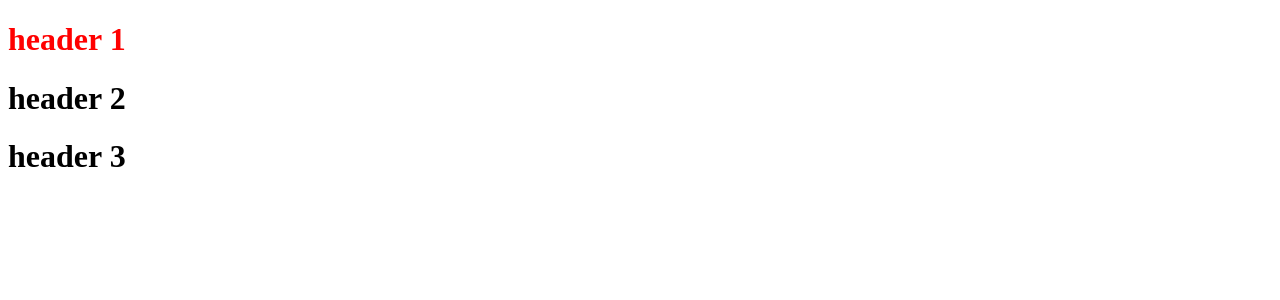
Repository: ravinforu/HTML5_CSS3_JS_Frameworks_Jul_2012-1
Page: Day01/WebContent/ajax.html
These files come from the project's save history. The page is drawn as it stood at one moment and after the next save; the edit follows.
The browser window is 1280 px wide. The pictures show the whole page.

Above is the page before, as saved 2012-07-20 09:56:49.

After the next save:
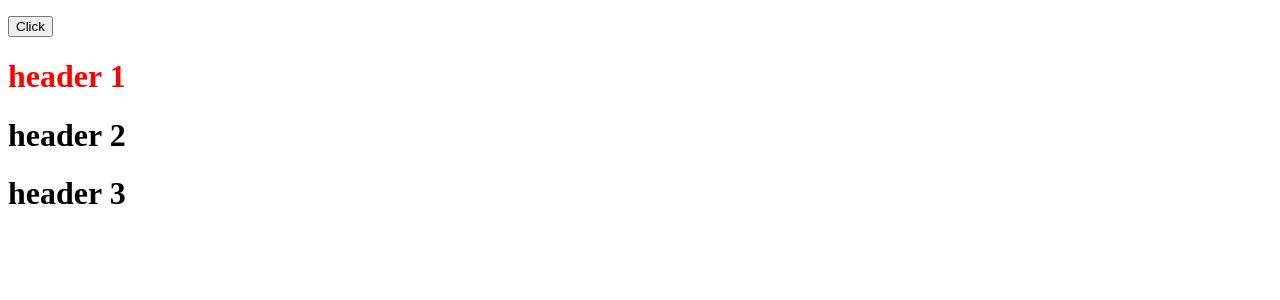
Saved 27 s later.
--- a/Day01/WebContent/ajax.html
+++ b/Day01/WebContent/ajax.html
@@ -16,6 +16,10 @@
 	</script>
 </head>
 <body>
+	<p></p>
+	<input type="button" value="Click" id="click">
+
+
 	<h1 id="header1">header 1</h1>
 	<h1 id="header2">header 2</h1>
 	<h1 id="header3">header 3</h1>
